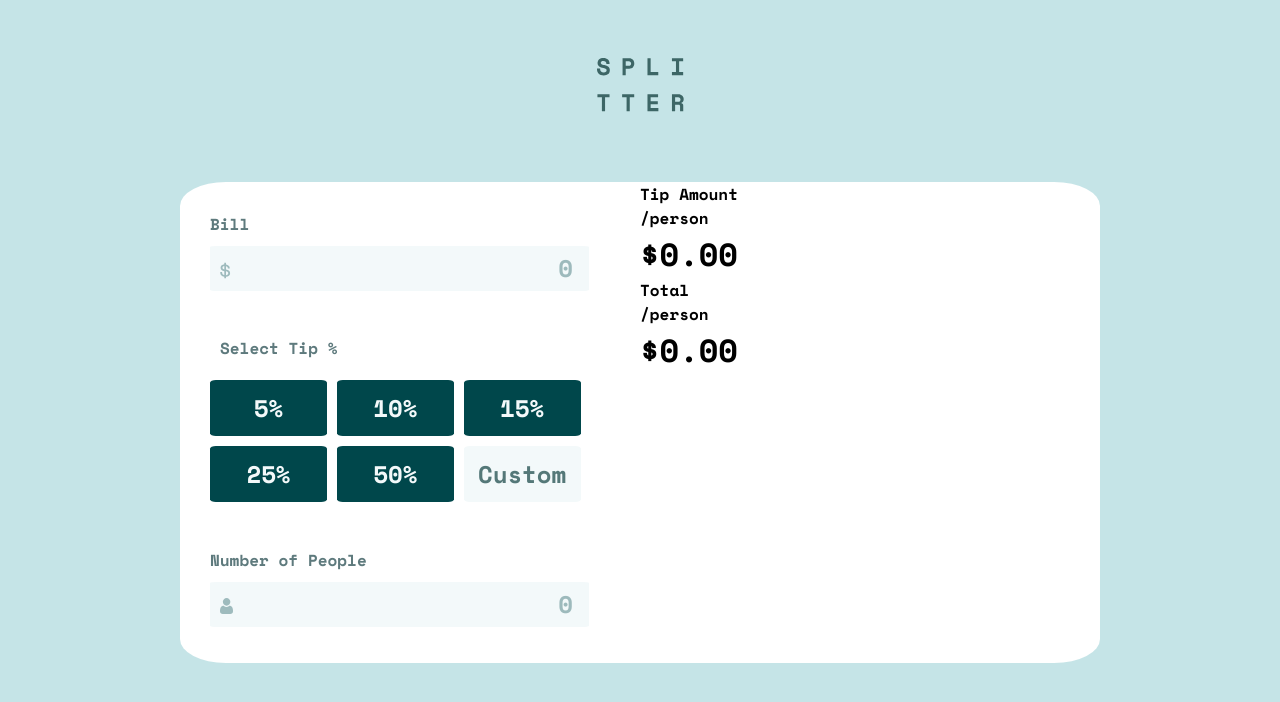
Repository: Arkitecth/tip-calculator
Page: index.html
These files come from the project's save history. The page is drawn as it stood at one moment and after the next save; the edit follows.
The browser window is 1280 px wide. The pictures show the whole page.

Above is the page before, as saved 2023-06-09 18:53:15.

### index.html
<!DOCTYPE html>
<html lang="en">
<head>
  <meta charset="UTF-8">
  <meta name="viewport" content="width=device-width, initial-scale=1.0"> <!-- displays site properly based on user's device -->

  <link rel="icon" type="image/png" sizes="32x32" href="./images/favicon-32x32.png">
  <link rel="stylesheet" href="styles.css">
  <title>Tip calculator app</title>

</head>
<body>

  <main>
    <img src="images/logo.svg" alt="logo">
      <div class="app">
        <div class="entry">
          <div class="bill-entry">
            <p>Bill</p>
            <img src="images/icon-dollar.svg" alt="dollar sign"><input class="entry-input" type="text" name="Bill" id="Bill" placeholder="0">
          </div>

          <div class="tip-entry">
            <p>Select Tip %</p>
            <input type="button" value="5%">
            <input type="button" value="10%">
            <input type="button" value="15%">
            <input type="button" value="25%">
            <input type="button" value="50%">
            <input class="custom" type="button" value="Custom">
          </div>

          <div class="people-entry">
            <p>Number of People</p>
            <img src="images/icon-person.svg" alt="person sign"><input class="entry-input" type="text" name="people-entry" id="people-entry" placeholder="0">
          </div>

        </div>

        <div class="result">
          <div class="tip">
            <p>Tip Amount
              <br>
              /person
            </p>
            <h1>$0.00</h1>

          </div>

          <div class="total">
            <p>Total
              <br>
              /person
            </p>
            <h1>$0.00</h1>
          </div>


        </div>


  </div>
  </main>





</body>
</html>

### styles.css
@import url('https://fonts.googleapis.com/css2?family=Space+Mono:wght@700&display=swap');
* {
    margin: 0;
    padding: 0;
    font-family: 'Space Mono', monospace;
}

/* Main Styling */
body {
    background-color: #C5E4E7;

}

main {
    display: flex;
    flex-direction: column;
    justify-content: center;
    align-items: center;
    align-content: center;
    height: 100vh;
    gap: 70px;
}

/* App Styling */

.app {
    width: 920px;
    height: 481px;
    background-color: white;
    border-radius: 5%;
    display: grid;
    grid-template-columns: 1fr 1fr;
}

/* Entry Styling */

.entry {
    display: grid;
    padding-top: 30px;
    grid-template-rows: auto auto auto;
    padding-left: 30px;
    justify-content: center;
    color: #5E7A7D;
}

.entry p {
    margin-bottom: 10px;
}

.entry-input {
    background-color:#f3F9FA;
    width: 379px;
    height: 45px;
    border: none;
    border-radius: 2%;
    text-align: right;
    font-size: 1.5rem;
    color: #00474B;

}

.entry-input:focus {
    outline: none;
    border: 1px solid #26C2AE;

}

.entry-input::placeholder {
    text-align: right;
    font-size: 1.5rem;
    color:#00474B;
    opacity: 0.35;
    padding: 1rem;

}

/* Bill Styling */

.bill-entry {
    position: relative;
}

.bill-entry img {
    position: absolute;
    top: 50px;
    left: 10px;
}

/* Tip Entry */
.tip-entry p {
    padding: 10px;
}
.tip-entry input[type="button"] {
    width: 117px;
    padding: 10px;
    margin-bottom: 10px;
    background-color:#00474B;
    color: #f3F9FA;
    font-size: 1.5rem;
    border: none;
    border-radius: 5%;
    font-weight: 700;
}

.tip-entry input[type="button"]:active,.tip-entry input[type="button"]:hover {
    background-color: #26C2AE;
}
.tip-entry input[type="button"]:active {
    transform: translateY(4px);
}

.tip-entry input.custom {
    background-color: #F3F9FA;
    color:#547878;
}

/* People Entry Styling */
.people-entry {
    position: relative;
}
.people-entry img {
    position: absolute;
    top: 50px;
    left: 10px;
}

/* Result Styling */

.result {
    display: flex;
    flex-direction: column;
}

After the next save:
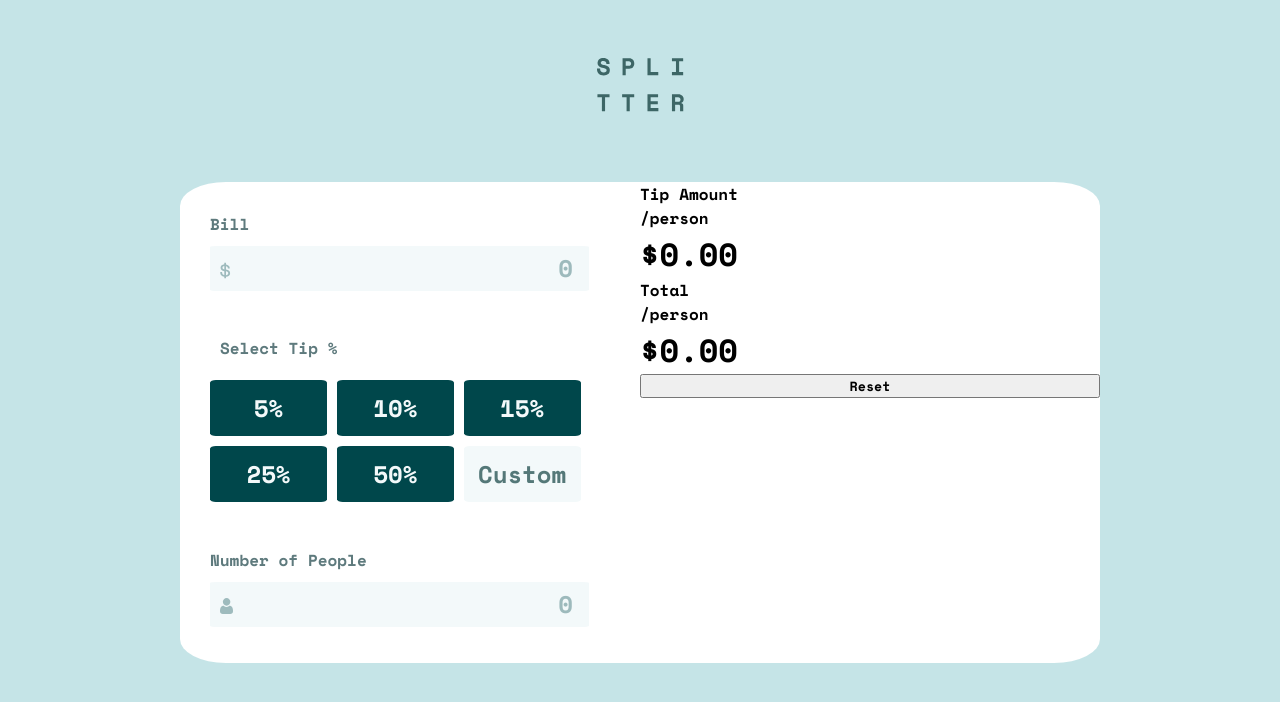
Saved 32 s later.
--- a/index.html
+++ b/index.html
@@ -54,7 +54,7 @@
             </p>
             <h1>$0.00</h1>
           </div>
-
+          <button class="reset-button">Reset</button>
 
         </div>
 
